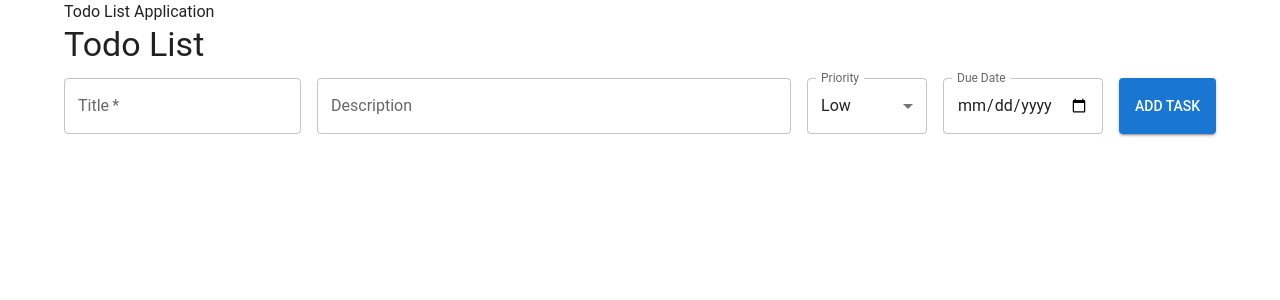
Repository: HPNChanel/Todo-List-Web-App
Page: /welcome (app in frontend/todolist/)
These files come from the project's save history. The page is drawn as it stood at one moment and after the next save; the edit follows.
The browser window is 1280 px wide. The pictures show the whole page.
The page's requests for data from a server got no answer. The project was rebuilt for these pictures with package versions that can differ from the ones it lists, and the page was loaded fresh each time. No one was signed in, and anything a server would have sent is missing. Also part of the build but not shown: frontend/todolist/src/components/TaskItem.js.

Above is the page before, as saved 2024-11-05 09:18:28.

### frontend/todolist/src/App.js
// src/App.js
import React from 'react';
import { TaskProvider } from './contexts/TaskContext';
import TaskList from './components/TaskList';
import { Container, CssBaseline, ThemeProvider, createTheme } from '@mui/material';

const theme = createTheme({
    palette: {
        primary: {
            main: '#1976d2',
        },
        secondary: {
            main: '#f50057',
        },
    },
    typography: {
        fontFamily: 'Roboto, Arial, sans-serif',
    },
});

function App() {
    return (
        <ThemeProvider theme={theme}>
            <CssBaseline />
            <TaskProvider>
                <Container>
                    <h1>Todo List Application</h1>
                    <TaskList />
                </Container>
            </TaskProvider>
        </ThemeProvider>
    );
}

export default App;

### frontend/todolist/src/contexts/TaskContext.js
import React, { createContext, useState, useEffect } from 'react';
import { getTasks, createTask, updateTask, deleteTask } from '../api/TaskApi';

export const TaskContext = createContext();

export const TaskProvider = ({ children }) => {
  const [tasks, setTasks] = useState([]);

  useEffect(() => {
    fetchTasks();
  }, []);

  const fetchTasks = async () => {
    const data = await getTasks();
    setTasks(data);
  };

  const addTask = async (task) => {
    const newTask = await createTask(task);
    setTasks([...tasks, newTask]);
  };

  const editTask = async (id, updatedTask) => {
    const task = await updateTask(id, updatedTask);
    setTasks(tasks.map((t) => (t.id === task.id ? task : t)));
  };

  const removeTask = async (id) => {
    await deleteTask(id);
    setTasks(tasks.filter((t) => t.id !== id));
  };

  return (
    <TaskContext.Provider value={{ tasks, addTask, editTask, removeTask }}>
      {children}
    </TaskContext.Provider>
  );
};

### frontend/todolist/src/components/TaskList.js
// src/components/TaskList.js
import React, { useState } from 'react';
import { Grid, Typography } from '@mui/material';
import TaskItem from './TaskItem';
import TaskForm from './TaskForm';
import useTasks from '../hooks/useTasks';

function TaskList() {
    const { tasks } = useTasks();
    const [taskToEdit, setTaskToEdit] = useState(null);

    const handleEdit = (task) => {
        setTaskToEdit(task);
    };

    const clearTaskToEdit = () => {
        setTaskToEdit(null);
    };

    return (
        <div>
            <Typography variant="h4" gutterBottom>Todo List</Typography>
            <TaskForm taskToEdit={taskToEdit} clearTaskToEdit={clearTaskToEdit} />
            <Grid container spacing={2}>
                {tasks.map((task) => (
                    <Grid item xs={12} sm={6} md={4} key={task.id}>
                        <TaskItem task={task} onEdit={handleEdit} />
                    </Grid>
                ))}
            </Grid>
        </div>
    );
}

export default TaskList;

### frontend/todolist/src/api/TaskApi.js
import axios from 'axios';

const API_URL = 'http://localhost:8000/api/tasks/';

//* Declare API Function for tasks

export const getTasks = async () => {
  const response = await axios.get(API_URL);
  return response.data;
};

export const createTask = async (task) => {
  const response = await axios.post(API_URL, task);
  return response.data;
};

export const updateTask = async (id, task) => {
  const response = await axios.put(`${API_URL}${id}/`, task)
  return response.data;
};

export const deleteTask = async (id) => {
  await axios.delete(`${API_URL}${id}/`)
}

### frontend/todolist/src/components/TaskForm.js
// src/components/TaskForm.js
import React, { useState, useEffect } from 'react';
import { TextField, Button, MenuItem, Box } from '@mui/material';
import { motion } from 'framer-motion';
import useTasks from '../hooks/useTasks';

function TaskForm({ taskToEdit, clearTaskToEdit }) {
    const { addTask, editTask } = useTasks();
    const [title, setTitle] = useState(taskToEdit?.title || '');
    const [description, setDescription] = useState(taskToEdit?.description || '');
    const [priority, setPriority] = useState(taskToEdit?.priority || 1);
    const [dueDate, setDueDate] = useState(taskToEdit?.due_date || '');

    useEffect(() => {
        if (taskToEdit) {
            setTitle(taskToEdit.title);
            setDescription(taskToEdit.description);
            setPriority(taskToEdit.priority);
            setDueDate(taskToEdit.due_date);
        }
    }, [taskToEdit]);

    const handleSubmit = (e) => {
        e.preventDefault();
        const taskData = { title, description, priority, due_date: dueDate };
        if (taskToEdit) {
            editTask(taskToEdit.id, taskData);
            clearTaskToEdit();
        } else {
            addTask(taskData);
        }
        setTitle('');
        setDescription('');
        setPriority(1);
        setDueDate('');
    };

    return (
        <motion.div
            initial={{ opacity: 0, y: -20 }}
            animate={{ opacity: 1, y: 0 }}
            transition={{ duration: 0.5 }}
        >
            <Box component="form" onSubmit={handleSubmit} sx={{ display: 'flex', gap: 2, mb: 3 }}>
                <TextField
                    label="Title"
                    variant="outlined"
                    value={title}
                    onChange={(e) => setTitle(e.target.value)}
                    required
                    sx={{ flex: 1 }}
                />
                <TextField
                    label="Description"
                    variant="outlined"
                    multiline
                    maxRows={4}
                    value={description}
                    onChange={(e) => setDescription(e.target.value)}
                    sx={{ flex: 2 }}
                />
                <TextField
                    select
                    label="Priority"
                    variant="outlined"
                    value={priority}
                    onChange={(e) => setPriority(e.target.value)}
                    sx={{ width: 120 }}
                >
                    <MenuItem value={1}>Low</MenuItem>
                    <MenuItem value={2}>Medium</MenuItem>
                    <MenuItem value={3}>High</MenuItem>
                </TextField>
                <TextField
                    label="Due Date"
                    type="date"
                    InputLabelProps={{ shrink: true }}
                    value={dueDate}
                    onChange={(e) => setDueDate(e.target.value)}
                    sx={{ width: 160 }}
                />
                <Button type="submit" variant="contained" color="primary">
                    {taskToEdit ? "Update Task" : "Add Task"}
                </Button>
            </Box>
        </motion.div>
    );
}

export default TaskForm;

### frontend/todolist/src/hooks/useTasks.js
import { useContext } from "react";
import { TaskContext } from "../contexts/TaskContext";

const useTasks = () => {
  return useContext(TaskContext);
};

export default useTasks;

### frontend/todolist/src/styles/TaskForm.css
.task-form {
  display: flex;
  gap: 10px;
  margin-bottom: 20px;
  padding: 10px;
  border: 1px solid #ccc;
  border-radius: 5px;
  background-color: #f9f9f9;
}

.task-form input,
.task-form select,
.task-form button {
  padding: 8px;
  border-radius: 4px;
  border: 1px solid #ddd;
}

.task-form button {
  background-color: #007bff;
  color: white;
  cursor: pointer;
}

.task-form button:hover {
  background-color: #0056b3;
}

Loaded but not shown: frontend/todolist/public/index.html (common file); frontend/todolist/src/index.js (common file); frontend/todolist/src/index.css (common file); frontend/todolist/tailwind.config.js (common file)

After the next save:
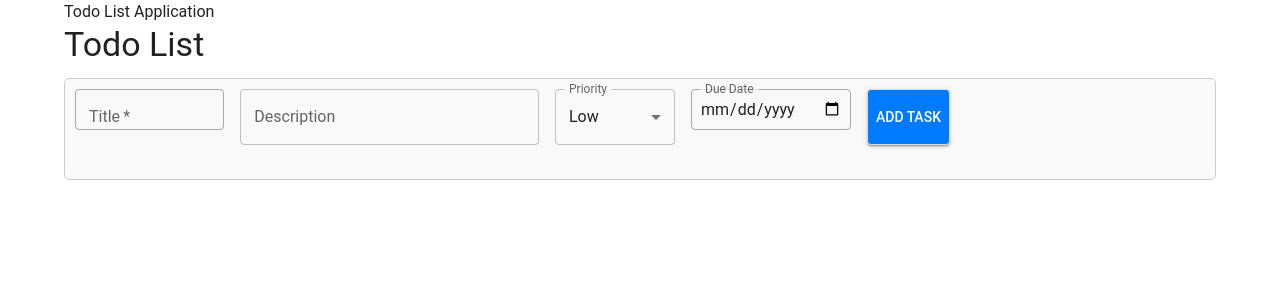
Saved 91 s later.
--- a/frontend/todolist/src/components/TaskForm.js
+++ b/frontend/todolist/src/components/TaskForm.js
@@ -3,6 +3,7 @@ import React, { useState, useEffect } from 'react';
 import { TextField, Button, MenuItem, Box } from '@mui/material';
 import { motion } from 'framer-motion';
 import useTasks from '../hooks/useTasks';
+import '../styles/TaskForm.css';
 
 function TaskForm({ taskToEdit, clearTaskToEdit }) {
     const { addTask, editTask } = useTasks();
@@ -37,6 +38,7 @@ function TaskForm({ taskToEdit, clearTaskToEdit }) {
 
     return (
         <motion.div
+            className="task-form"
             initial={{ opacity: 0, y: -20 }}
             animate={{ opacity: 1, y: 0 }}
             transition={{ duration: 0.5 }}
